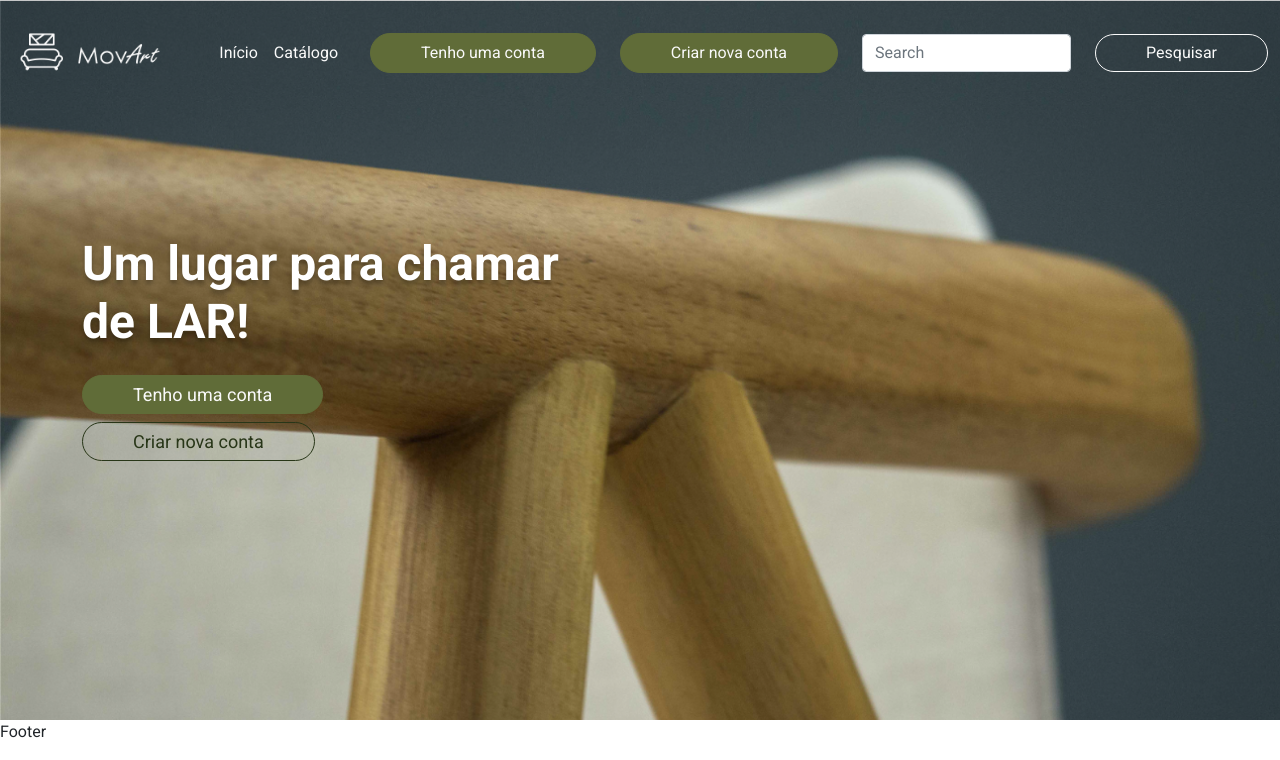
Repository: telesbp/Projeto-4-e-Projeto-5
Page: / (app in front-end/)
The author's editor kept a copy of each file at every save. The page is drawn from the files as they stood at one save, then again after the next save.
The browser window is 1280 px wide. The pictures show the whole page.
The project was rebuilt for these pictures with package versions that can differ from the ones it lists, and the page was loaded fresh each time.

Above is the page before, as saved 2022-07-17 19:30:47.

After the next save:
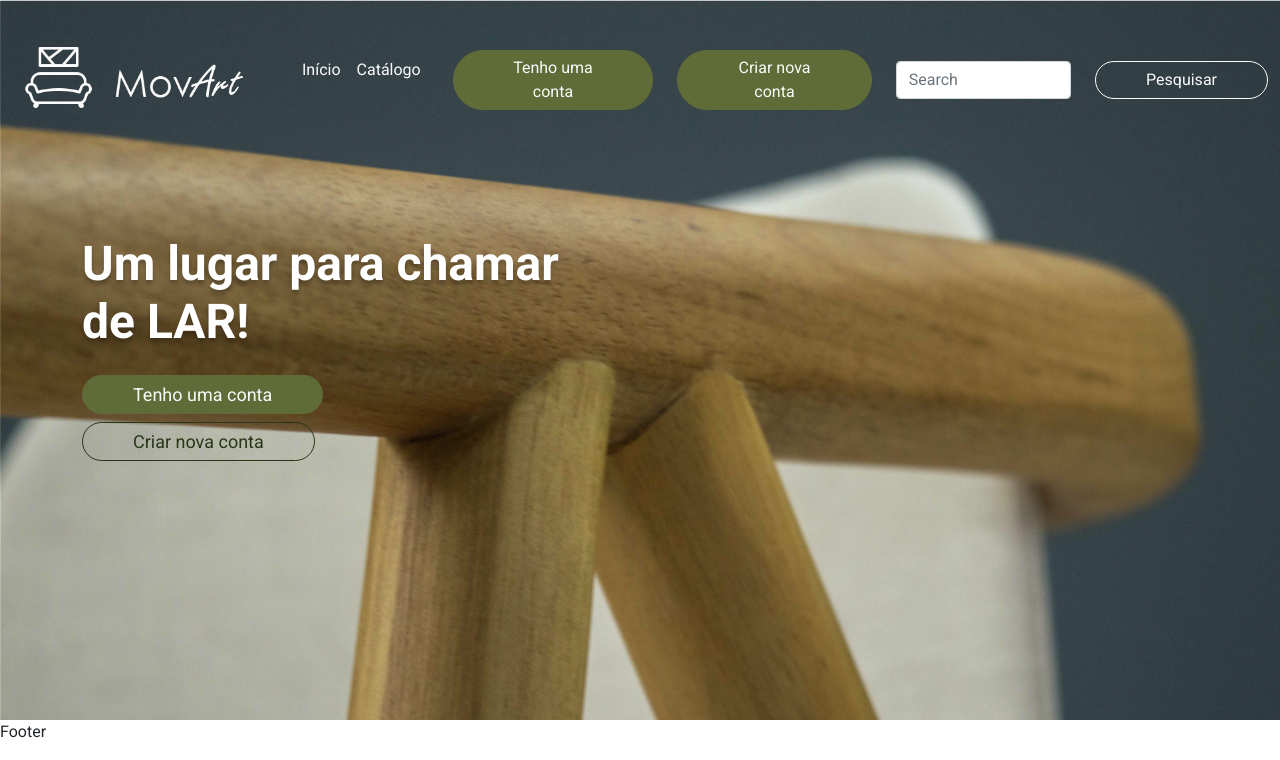
Saved 79 s later.
--- a/front-end/src/components/Layout/Header.tsx
+++ b/front-end/src/components/Layout/Header.tsx
@@ -26,7 +26,7 @@ export function Header() {
         <Navbar fixed="top" expand="lg" bg={isTransparent ? undefined : "white"} >
         <Container fluid>
           <Navbar.Brand to="/" as={Link}>
-            <img src={isTransparent ? LogoBrand : LogoBrandBlack} alt="MovArt" width={170} height={80}/>
+            <ImageStyle src={isTransparent ? LogoBrand : LogoBrandBlack} alt="MovArt" width={170} height={80}/>
           </Navbar.Brand>
           <NavBarToggleStyled aria-controls="basic-navbar-nav">
             <FontAwesomeIcon icon={faBarsStaggered}  className={isTransparent ? "text-white" : "text-dark"} size="lg" />
@@ -70,5 +70,8 @@ const NavLinkStyled = styled(Nav.Link)`
 
 `
 const ImageStyle = styled.img`
-
+    @media (min-width: 992px){
+       width: 266px ;
+       height: auto;
+    }
 `
